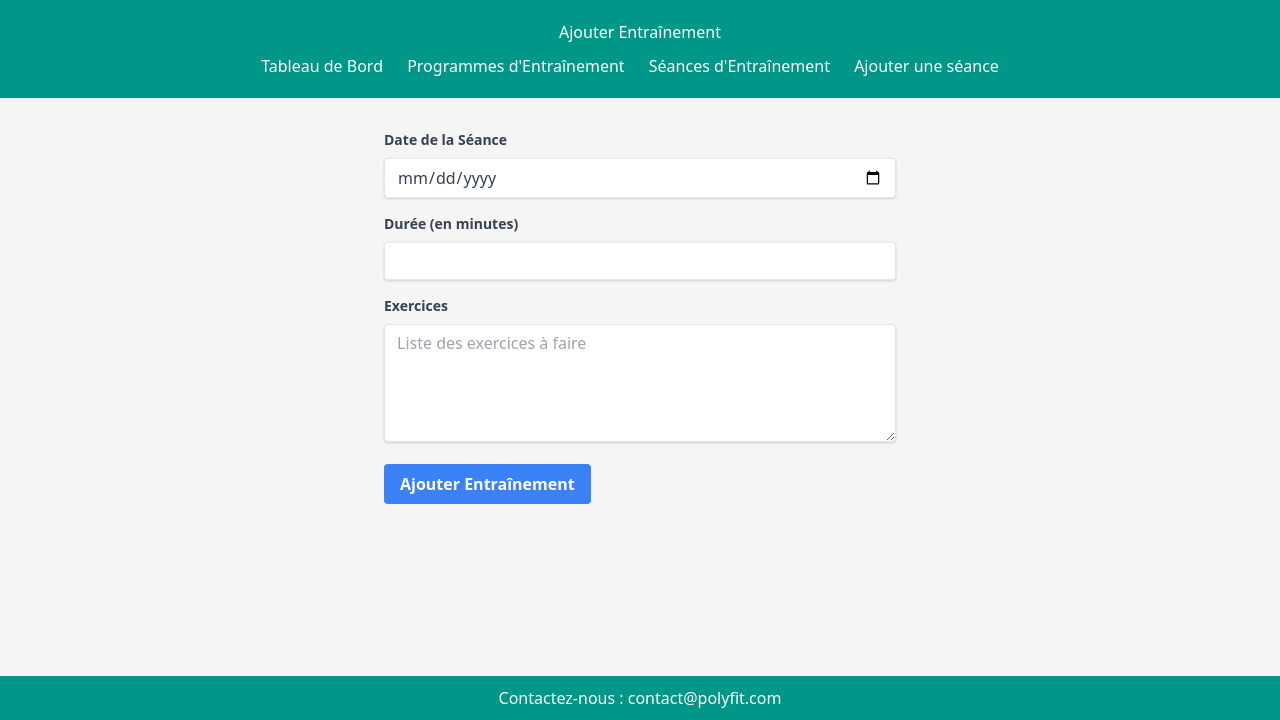
Repository: rimessouabni/polyfit
Page: src/main/resources/static/AddWorkout.html
The author's editor kept a copy of each file at every save. The page is drawn from the files as they stood at one save, then again after the next save.
The browser window is 1280 px wide. The pictures show the whole page.

Above is the page before, as saved 2024-03-18 16:07:52.

After the next save:
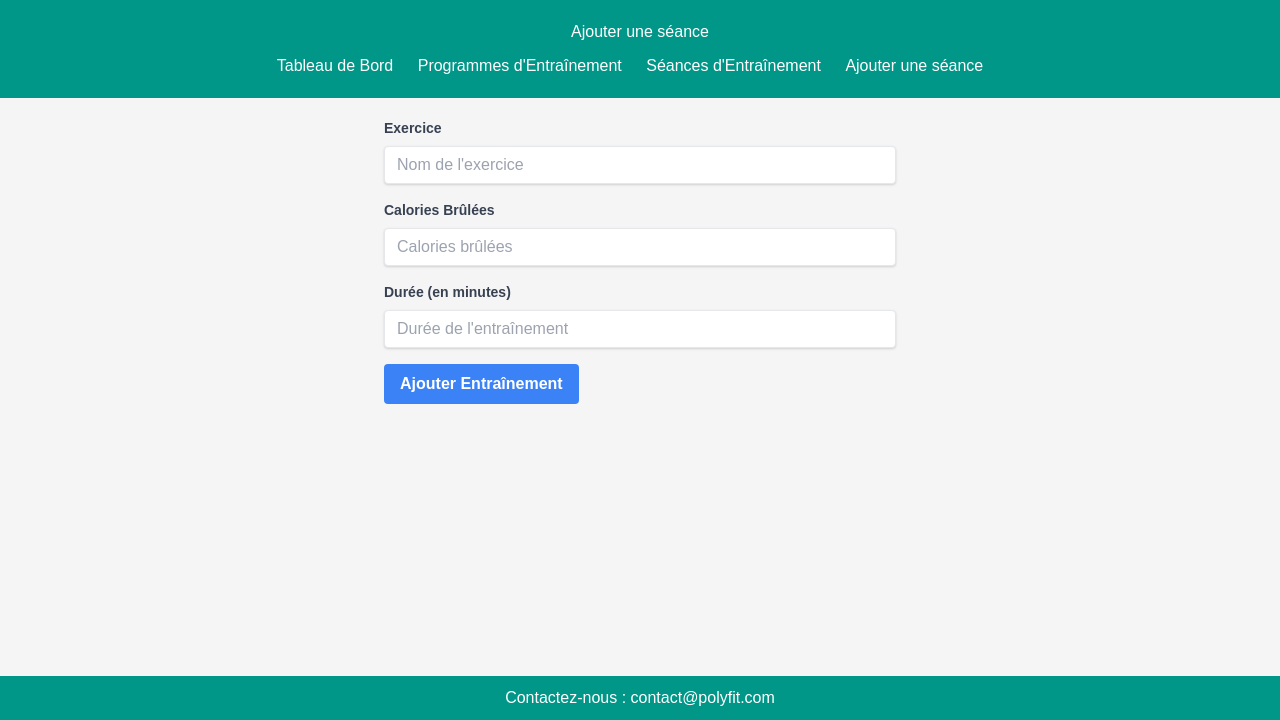
Saved 87 s later.
--- a/src/main/resources/static/AddWorkout.html
+++ b/src/main/resources/static/AddWorkout.html
@@ -3,13 +3,13 @@
 <head>
     <meta charset="UTF-8">
     <meta name="viewport" content="width=device-width, initial-scale=1.0">
-    <title>PolyFit - Ajouter Entraînement</title>
+    <title>PolyFit - Ajouter séance</title>
+    <link href="https://cdn.jsdelivr.net/npm/tailwindcss@2.2.19/dist/tailwind.min.css" rel="stylesheet">
     <link rel="stylesheet" href="styles.css">
-    <link href="https://cdn.jsdelivr.net/npm/tailwindcss@2.2.19/dist/tailwind.min.css" rel="stylesheet">
 </head>
 <body>
     <header>
-        <h1>Ajouter Entraînement</h1>
+        <h1>Ajouter une séance</h1>
         <nav>
             <ul>
                 <li><a href="dashboard.html">Tableau de Bord</a></li>
@@ -23,18 +23,22 @@
     <div class="container mx-auto py-8 px-4">
         <form class="max-w-lg mx-auto">
             <div class="mb-4">
-                <label for="date" class="block text-gray-700 text-sm font-bold mb-2">Date de la Séance</label>
-                <input type="date" id="date" name="date" class="shadow appearance-none border rounded w-full py-2 px-3 text-gray-700 leading-tight focus:outline-none focus:shadow-outline">
+                <label class="block text-gray-700 text-sm font-bold mb-2" for="exercise">Exercice</label>
+                <input class="shadow appearance-none border rounded w-full py-2 px-3 text-gray-700 leading-tight focus:outline-none focus:shadow-outline" id="exercise" type="text" placeholder="Nom de l'exercice">
             </div>
             <div class="mb-4">
-                <label for="duration" class="block text-gray-700 text-sm font-bold mb-2">Durée (en minutes)</label>
-                <input type="number" id="duration" name="duration" class="shadow appearance-none border rounded w-full py-2 px-3 text-gray-700 leading-tight focus:outline-none focus:shadow-outline">
+                <label class="block text-gray-700 text-sm font-bold mb-2" for="calories">Calories Brûlées</label>
+                <input class="shadow appearance-none border rounded w-full py-2 px-3 text-gray-700 leading-tight focus:outline-none focus:shadow-outline" id="calories" type="number" placeholder="Calories brûlées">
             </div>
             <div class="mb-4">
-                <label for="exercises" class="block text-gray-700 text-sm font-bold mb-2">Exercices</label>
-                <textarea id="exercises" name="exercises" rows="5" placeholder="Liste des exercices à faire" class="shadow appearance-none border rounded w-full py-2 px-3 text-gray-700 leading-tight focus:outline-none focus:shadow-outline"></textarea>
+                <label class="block text-gray-700 text-sm font-bold mb-2" for="duration">Durée (en minutes)</label>
+                <input class="shadow appearance-none border rounded w-full py-2 px-3 text-gray-700 leading-tight focus:outline-none focus:shadow-outline" id="duration" type="number" placeholder="Durée de l'entraînement">
             </div>
-            <button type="submit" class="bg-blue-500 hover:bg-blue-700 text-white font-bold py-2 px-4 rounded focus:outline-none focus:shadow-outline">Ajouter Entraînement</button>
+            <div class="flex items-center justify-between">
+                <button class="bg-blue-500 hover:bg-blue-700 text-white font-bold py-2 px-4 rounded focus:outline-none focus:shadow-outline" type="button">
+                    Ajouter Entraînement
+                </button>
+            </div>
         </form>
     </div>
 
